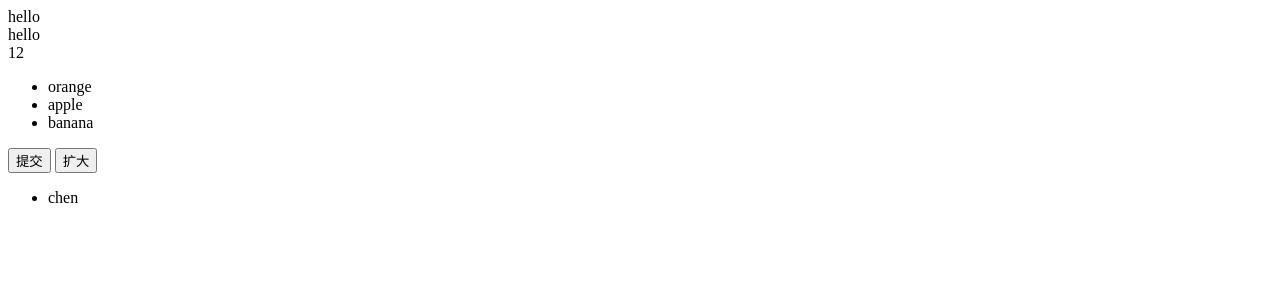
Repository: chenguocan/Vue_component
Page: props属性值类型.html
These files come from the project's save history. The page is drawn as it stood at one moment and after the next save; the edit follows.
The browser window is 1280 px wide. The pictures show the whole page.

Above is the page before, as saved 2020-07-23 15:43:33.

After the next save:
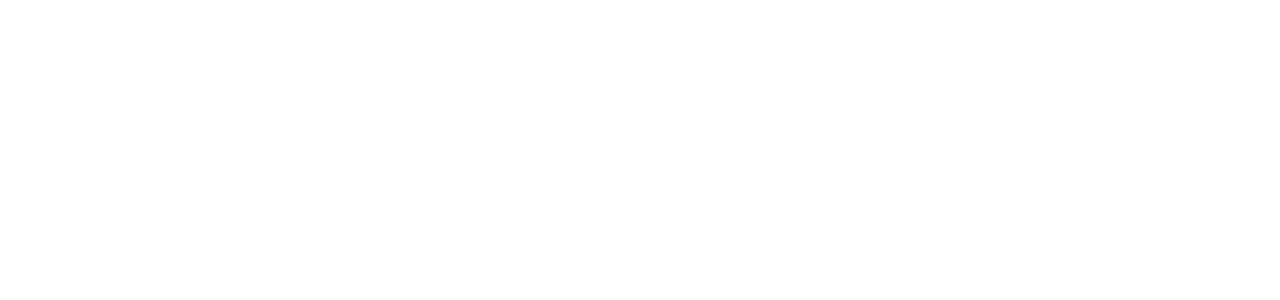
Saved 6 s later.
--- a/props属性值类型.html
+++ b/props属性值类型.html
@@ -7,7 +7,7 @@
   </head>
   <body>
     <div id="app">
-      <div v-bind:style="{fontSize:fontSize + 'px'}">{{str}}</div>
+      <div v-bind:style="{font-size:fontSize + 'px'}">{{str}}</div>
       <item-com
         :title="str"
         :num="12"

After the save that followed:
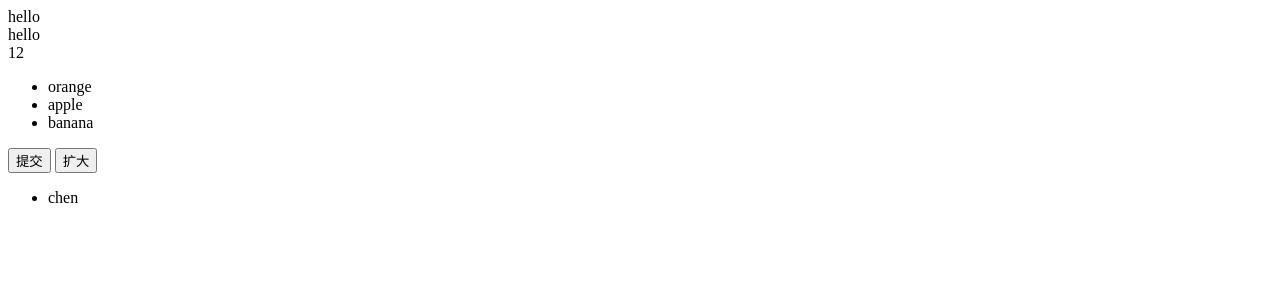
Saved 4 s later.
--- a/props属性值类型.html
+++ b/props属性值类型.html
@@ -7,7 +7,7 @@
   </head>
   <body>
     <div id="app">
-      <div v-bind:style="{font-size:fontSize + 'px'}">{{str}}</div>
+      <div v-bind:style="{fontSize:fontSize + 'px'}">{{str}}</div>
       <item-com
         :title="str"
         :num="12"
